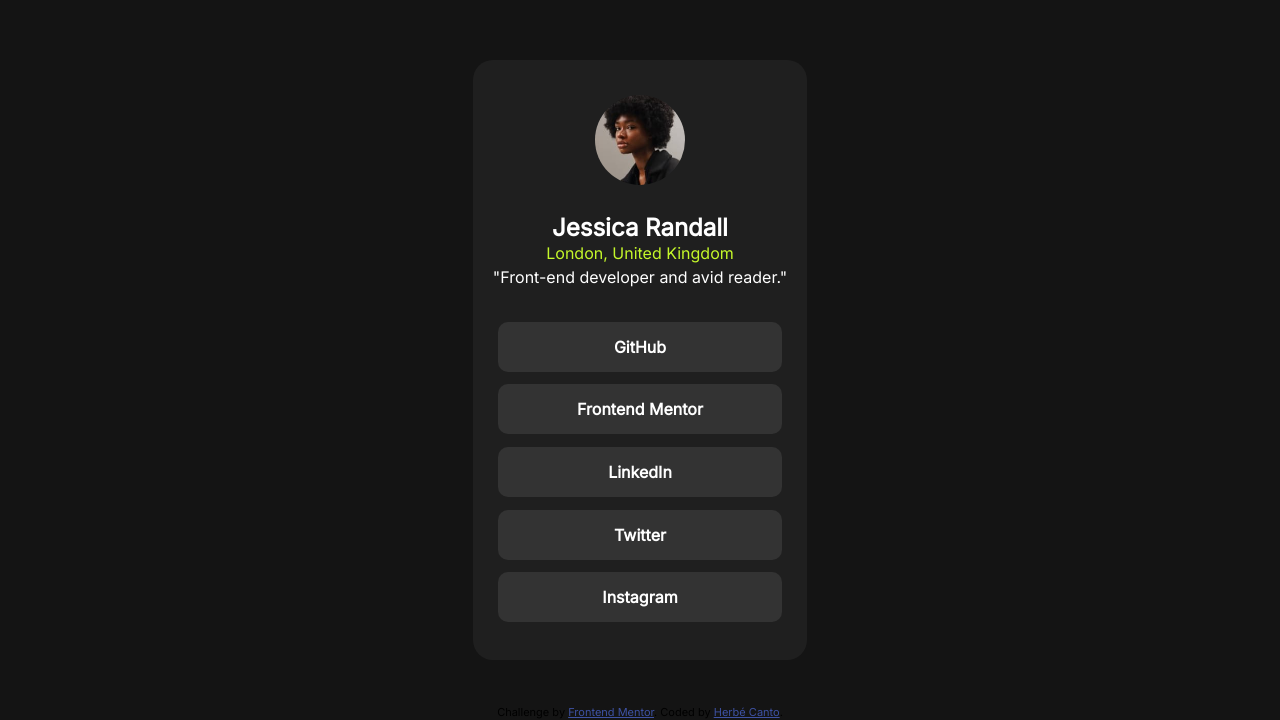
Repository: herbecanto/Social-Links-Profile
Page: index.html
These files come from the project's save history. The page is drawn as it stood at one moment and after a run of saves; the edit follows.
The browser window is 1280 px wide. The pictures show the whole page.

Above is the page before, as saved 2025-01-22 21:46:53.

After the next 2 saves:
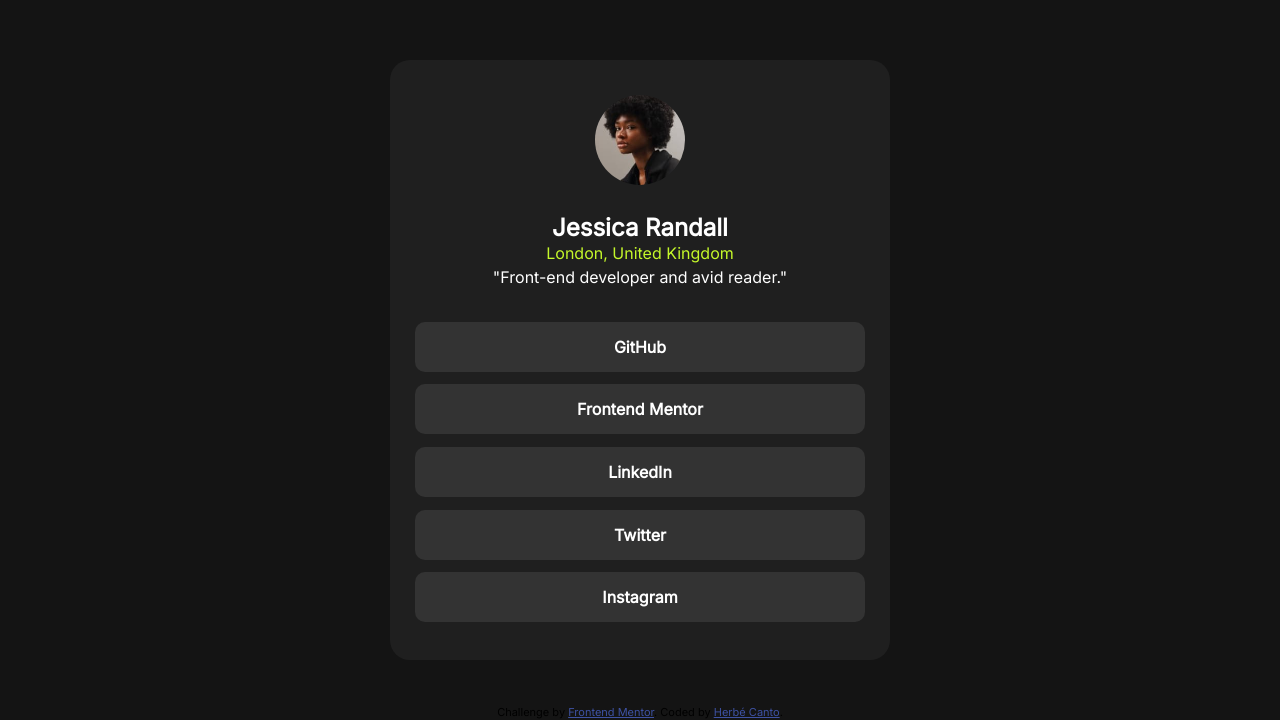
The 2 saves are shown as one change because they came seconds apart.
The last was saved 35 s later.
--- a/assets/styles/style.css
+++ b/assets/styles/style.css
@@ -116,8 +116,7 @@ main {
 }
 
 .card-container {
-  min-width: 300px;
-  max-width: 400px;
+  width: 500px;
   height: 600px;
 
   background-color: var(--grey800);
